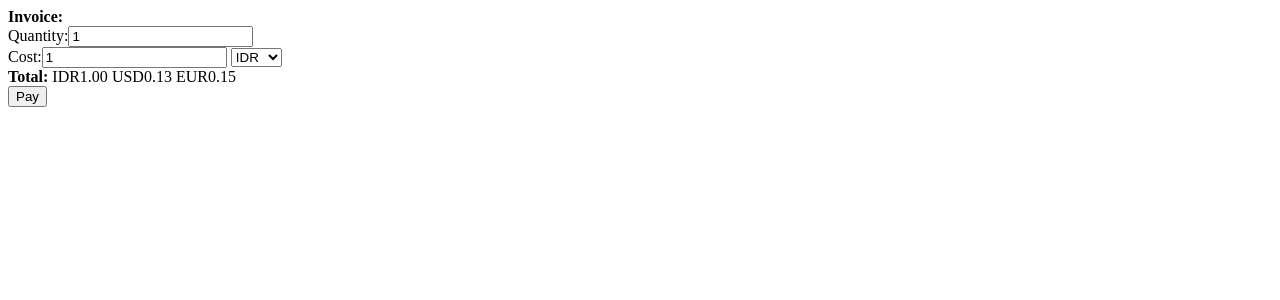
Repository: emriti/BO_SOA_Angular
Page: AngularClient/WebContent/Sampel.html
The author's editor kept a copy of each file at every save. The page is drawn from the files as they stood at one save, then again after the next save.
The browser window is 1280 px wide. The pictures show the whole page.

Above is the page before, as saved 2016-08-30 05:38:17.

### AngularClient/WebContent/Sampel.html
<!DOCTYPE html>
<html>
<head>
<meta charset="ISO-8859-1">
<title>Insert title here</title>
<script type="text/javascript" src="scripts/angular.min.js"></script>
<script type="text/javascript" src="scripts/invoice1.js"></script>
</head>
<body>
	<div ng-app="invoice1" ng-controller="InvoiceController as invoice">
		<b>Invoice:</b>
		<div>
			Quantity:<input type="number" min="0" ng-model="invoice.qty">
		</div>
		<div>
			Cost:<input type="number" min="0" ng-model="invoice.cost">
			<select ng-model="invoice.inCurr">
				<option ng-repeat="c in invoice.currencies">{{c}}</option>
			</select>
		</div>
		<div>
			<b>Total:</b>
			<span ng-repeat="c in invoice.currencies">
				{{invoice.total(c) | currency:c}}
			</span>
		</div>
		<div>
			<button class="btn" ng-click="invoice.pay()">Pay</button>
		</div>
	</div>
</body>
</html>

### AngularClient/WebContent/scripts/invoice1.js
(function() {
	angular.module('invoice1', []).controller('InvoiceController',
			function InvoiceController() {
				this.qty = 1;
				this.cost = 1;
				this.inCurr = 'IDR';
				this.currencies = [ 'IDR', 'USD', 'EUR' ];
				this.idrToForeignRates = {
					IDR : 1,
					USD : 0.13246,
					EUR : 0.15000
				};

				this.total = function total(outCurr) {
					return this.convertCurrency(this.qty * this.cost, this.inCurr, outCurr);
				};

				this.convertCurrency = function convertCurrency(amount, inCurr, outCurr) {
					return amount * this.idrToForeignRates[outCurr] / this.idrToForeignRates[inCurr];
				};

				this.pay = function pay() {
					window.alert('Thanks!');
				};

			});
})();

Loaded but not shown: AngularClient/WebContent/scripts/angular.min.js (library)

After the next save:
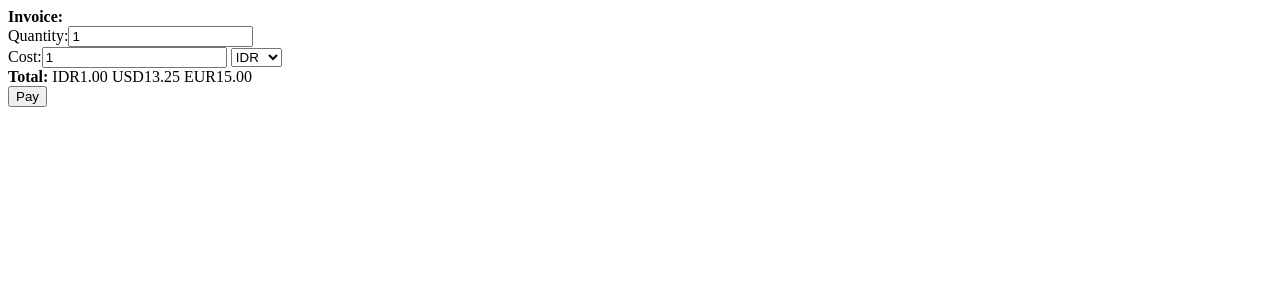
Saved 105 s later.
--- a/AngularClient/WebContent/scripts/invoice1.js
+++ b/AngularClient/WebContent/scripts/invoice1.js
@@ -7,8 +7,8 @@
 				this.currencies = [ 'IDR', 'USD', 'EUR' ];
 				this.idrToForeignRates = {
 					IDR : 1,
-					USD : 0.13246,
-					EUR : 0.15000
+					USD : 13.246,
+					EUR : 15.000
 				};
 
 				this.total = function total(outCurr) {
